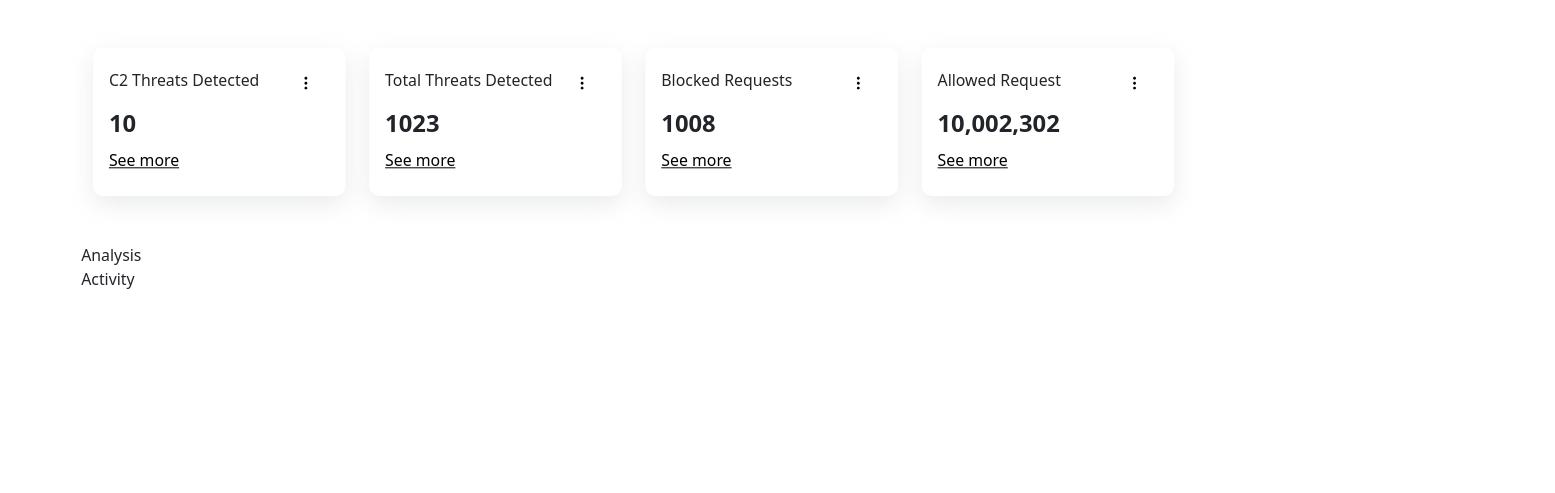
Repository: badhon252/dashboard
Page: /
The author's editor kept a copy of each file at every save. The page is drawn from the files as they stood at one save, then again after the next save.
The browser window is 1280 px wide. The page is 1280 px wide, then 1571 px, so the pictures cover 1571 px, including what lies to the right of the window. The pictures show the whole page, at 99% of full size.
The project was rebuilt for these pictures with package versions that can differ from the ones it lists, and the page was loaded fresh each time. Also part of the build but not shown: vite.config.js.

Above is the page before, as saved 2023-01-27 02:06:01.

### index.html
<!DOCTYPE html>
<html lang="en">

<head>
    <meta charset="UTF-8" />
    <link rel="icon" type="image/svg+xml" href="/vite.svg" />
    <meta name="viewport" content="width=device-width, initial-scale=1.0" />
    <!-- bootsrap cdn  -->
    <link rel="stylesheet" href="https://cdn.jsdelivr.net/npm/bootstrap@5.2.3/dist/css/bootstrap.min.css">
    <title>DashBoard</title>
</head>

<body>
    <div id="root"></div>

    <script type="module" src="/src/index.jsx"></script>
    <!-- bootsrap cdn  -->
    <script type="module" src="https://cdn.jsdelivr.net/npm/bootstrap@5.2.3/dist/js/bootstrap.bundle.min.js"></script>
</body>

</html>

### src/App.jsx
import './App.css'
import Activity from './Components/Activity/Activity'
import Analysis from './Components/Analysis/Analysis'
import Status from './Components/Status/Status'

function App() {

  return (
    <div className="container">
      <Status/>
      <Analysis/>
      <Activity/>
    </div>
  )
}

export default App

### src/App.css
.link {
    color: #000;
    text-decoration: underline;
    font-size: 1em;
}

### src/Components/Activity/Activity.jsx
import React from 'react';

const Activity = () => {
    return (
        <div>
            Activity
        </div>
    );
}

export default Activity;

### src/Components/Analysis/Analysis.jsx
import React from 'react'

export default function Analysis() {
  return (
    <div>Analysis</div>
  )
}

### src/Components/Status/Status.jsx
import React from 'react'
import "./Status.css"
import StatusCard from './StatusCard';
import dotIcon from "../../assets/dot.svg"

export default function Status() {
  return (
    <div id="status" className='container'>
      <div className='row' >

        <div className="col-md-3">
            <StatusCard title="C2 Threats Detected" icon={dotIcon} amount="10" link={null}/>
        </div>
        <div className="col-md-3">
            <StatusCard title="Total Threats Detected" icon={dotIcon} amount="1023" link={null}/>
        </div>
        <div className="col-md-3">
            <StatusCard title="Blocked Requests" icon={dotIcon} amount="1008" link={null}/>
        </div>
        <div className="col-md-3">
            <StatusCard title="Allowed Request" icon={dotIcon} amount="10,002,302" link={null}/>
        </div>

      </div>
    </div>
  )
}

### src/Components/Status/Status.css
/* Card css  */

.myCard {
    border-radius: 5px;
    cursor: pointer;
    transition: all 0.3s ease-in-out;
    width: 100%;
    box-shadow: rgba(149, 157, 165, 0.2) 0px 8px 24px;
    border-radius: 10px;
}

.myCard_title {
    font-size: 1rem;
    font-weight: 500;
    margin: 0.5rem 0;
}

.myCard_value {
    font-size: 1.5rem;
    font-weight: 600;
}

### src/Components/Status/StatusCard.jsx

import "./Status.css"
import StatusGraph from "./StatusGraph"

export default function StatusCard({title, icon, amount, link}) {
  return (
      <div className="myCard my-5 p-3" >
        <div className="myCard_Head d-flex justify-content-between" >
          <h3 className='myCard_title'>{title}</h3>
          <h3 className='myCard_icon'>
            <img className="img-fluid w-50" src={icon} alt=":" />
          </h3>
        </div>

        <div className="myCard_value">{amount}</div>

        <div className="myCard_data d-flex justify-content-between" >
          <div className="link py-2">
            <a href={link} >See more</a>
          </div>
          <div className="myCard_Graph">
            <StatusGraph/>
          </div>
        </div>
      </div>

  )
}

### src/Components/Status/StatusGraph.jsx
import areaChart from "../../assets/areaChat.png";

const StatusGraph = () => {
  return (
    <div>
      <img src="" alt="" />
    </div>
  );
};

export default StatusGraph;

Loaded but not shown: src/index.jsx (common file)

After the next save:
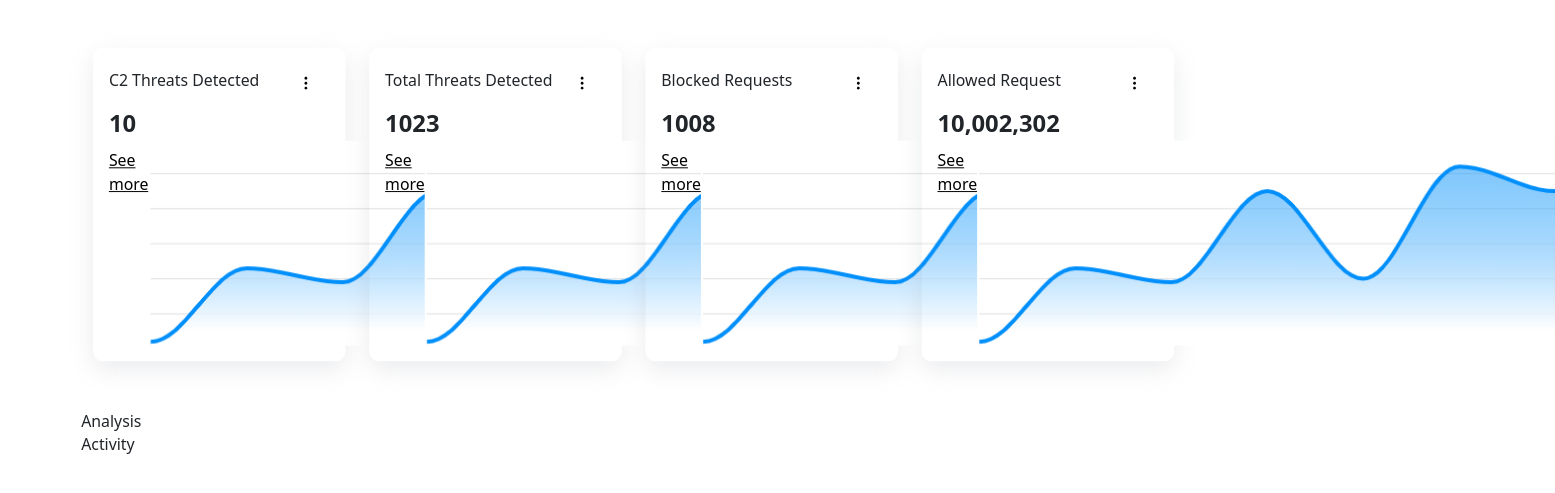
Saved 11 s later.
--- a/src/Components/Status/StatusGraph.jsx
+++ b/src/Components/Status/StatusGraph.jsx
@@ -3,7 +3,7 @@ import areaChart from "../../assets/areaChat.png";
 const StatusGraph = () => {
   return (
     <div>
-      <img src="" alt="" />
+      <img src={areaChart} alt="" />
     </div>
   );
 };
